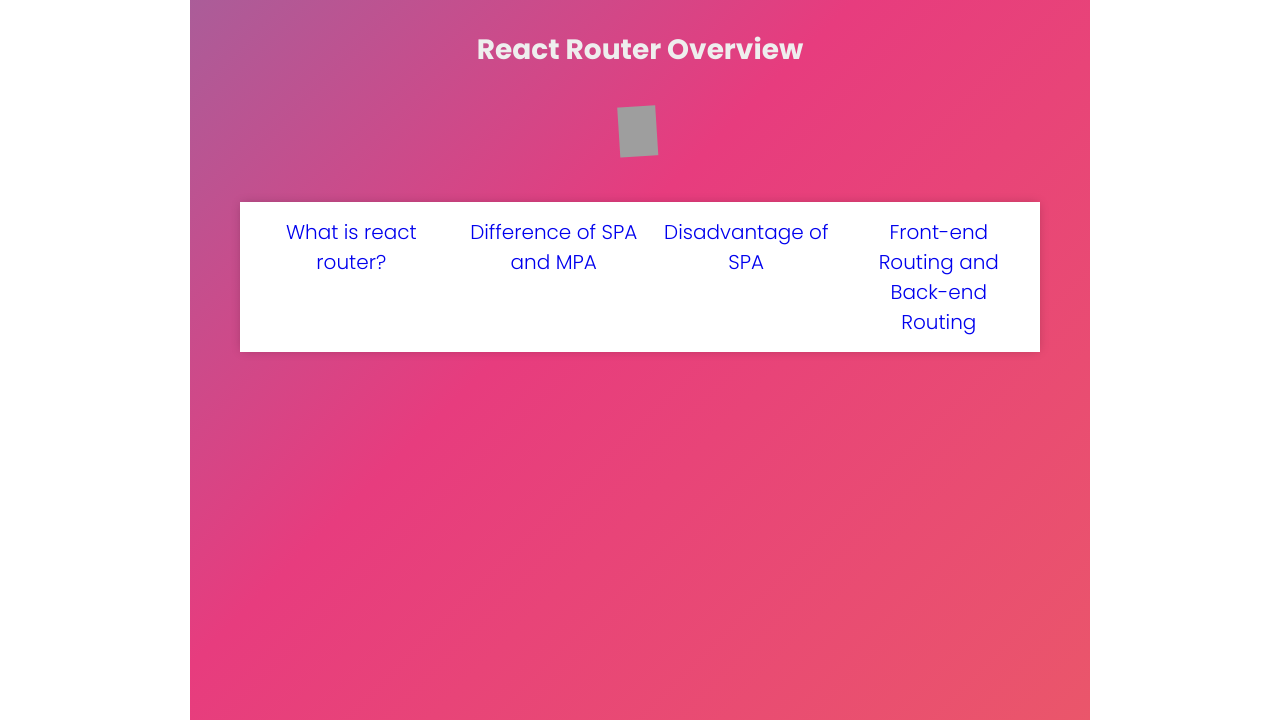
Repository: nguy3nds/2021-18-9-react
Page: /How
The author's editor kept a copy of each file at every save. The page is drawn from the files as they stood at one save, then again after the next save.
The browser window is 1280 px wide. The pictures show the whole page.
Pictures or frames that could not be fetched are drawn as grey boxes. The project was rebuilt for these pictures with package versions that can differ from the ones it lists, and the page was loaded fresh each time. Also part of the build but not shown: src/components/What.js, src/components/Why.js, src/components/How.js, src/components/Tung.js.

Above is the page before, as saved 2021-09-19 22:38:31.

### src/App.js
import React from "react";
import { BrowserRouter as Router, Switch, Route, Link } from "react-router-dom";
import "./App.css";
import What from "./components/What.js";
import How from "./components/Why";
import Why from "./components/How";
import Tung from "./components/Tung";
import styled, { keyframes } from "styled-components";
const logo =
  "https://lh6.googleusercontent.com/m9VlRb9FHZcqWTBz0msD2FZGpSQs84aAOwwniApLbL1oZWSDJsg4opq2uc81QzPWDtx5QJ2DeO12CFeol6vqJXcSOyp10LGoOW3K_wXIp3UDuQt1XhXE5KeUC8Epkj2hO51asKYe";

export default function App() {
  return (
    <Router>
      <DivContainer>
        <h1>React Router Overview</h1>
        <Rotate>
          <img
            src={logo}
            className="App-logo"
            alt="logo"
            style={{ width: "50px" }}
          />
        </Rotate>
        <nav>
          <ul className="menu">
            <li className="menu-item has-child">
              <Link to="/Nguyen">What is react router?</Link>
            </li>
            <li className="menu-item has-child">
              <Link to="/Mai">Difference of SPA and MPA</Link>
            </li>
            <li className="menu-item has-child">
              <Link to="/Nam">Disadvantage of SPA</Link>
            </li>
            <li className="menu-item has-child">
              <Link to="/Tung">Front-end Routing and Back-end Routing</Link>
            </li>
          </ul>
        </nav>

        <Switch>
          <Route path="/Nguyen">
            <What />
          </Route>
          <Route path="/Mai">
            <Why />
          </Route>
          <Route path="/Nam">
            <How />
          </Route>
          <Route path="/Tung">
            <Tung />
          </Route>
        </Switch>
      </DivContainer>
    </Router>
  );
}

const gradient = keyframes`
	0% {
		background-position: 0% 50%;
	}
	50% {
		background-position: 100% 50%;
	}
	100% {
		background-position: 0% 50%;
	}
`;

const DivContainer = styled.div`
  margin: 0 auto;
  padding: 10px;
  text-align: center;
  min-height: 100vh;
  color: #eee;
  background: linear-gradient(-45deg, #ee7752, #e73c7e, #23a6d5, #23d5ab);
  background-size: 400% 400%;
  animation: ${gradient} 15s ease infinite;
`;

const rotate360 = keyframes`
  from {
    transform: rotate(0deg);
  }

  to {
    transform: rotate(360deg);
  }
`;

const Rotate = styled.div`
  display: inline-block;
  animation: ${rotate360} 2s linear infinite;
  padding: 2rem 1rem;
  font-size: 1.2rem;
`;

### src/App.css
@import url("https://fonts.googleapis.com/css2?family=Poppins:wght@300;400;600;700&display=swap");
:root {
  --primary: #08aeea;
  --secondary: #13d2b8;
  --purple: #bd93f9;
  --pink: #ff6bcb;
  --blue: #8be9fd;
  --gray: #333;
  --font: "Poppins", sans-serif;
  --gradient: linear-gradient(40deg, #ff6ec4, #7873f5);
  --shadow: 0 0 15px 0 rgba(0, 0, 0, 0.05);
}
*,
*:before,
*:after {
  box-sizing: border-box;
}
html {
  font-size: 62.5%;
  text-align: center;
}

body {
  font-family: var(--font);
  font-size: 1.4rem;
  overflow-x: hidden;
  font-weight: 300;
  width: 900px;
  margin: 0 auto;
}

img {
  max-width: 100%;
}

a {
  text-decoration: none;
  font-family: var(--font);
  font-size: 2rem;
}

input,
button,
textarea,
select {
  font-family: var(--font);
  font-size: 1.4rem;
  font-weight: 300;
  outline: none;
  border: 0;
  margin: 0;
  padding: 0;
  border-radius: 0;
  -webkit-appearance: none;
}

button {
  cursor: pointer;
}

.menu {
  position: relative;
  max-width: 800px;
  margin: 30px auto;
  display: grid;
  grid-template-columns: 1fr 1fr 1fr 1fr;
  justify-content: center;
  background-color: white;
  padding: 1.5rem;
  box-shadow: 0 0 10px -2px rgba(0, 0, 0, 0.25);
}

.menu-link {
  font-size: 1.4rem;
  color: #918eae;
  display: block;
}
.menu-link:hover {
  color: #202842;
}

.menu-child-link {
  display: flex;
  align-items: center;
  justify-content: space-between;
  padding: 1.5rem;
  color: #918eae;
}
.menu-child-item {
  position: relative;
}
.menu-child-link:hover {
  color: #202842;
}

.menu-toggle {
  display: none;
}
.nav {
  position: relative;
}
.arrow-right {
  display: none;
}
@media screen and (min-width: 1024px) {
  .arrow-down {
    display: none;
  }
  .arrow-right {
    display: block;
  }
  .menu-item:not(:first-child) {
    margin-left: 2rem;
  }
  .menu-child {
    position: absolute;
    top: 100%;
    left: 0;
    margin-top: 1rem;
    min-width: 20rem;
    background-color: white;
    box-shadow: var(--shadow);
    display: none;
  }
  .menu-child:before {
    content: "";
    position: absolute;
    top: 0;
    left: 0;
    width: 100%;
    height: 1rem;
    background-color: transparent;
    transform: translateY(-100%);
  }
  .menu-child1 {
    top: 0;
    left: 100%;
    margin-top: 0;
  }
  .menu-item.has-child:hover > .menu-child {
    display: block;
  }
  .menu-child-item.has-child:hover > .menu-child {
    display: block;
  }
}

ul li {
  list-style: none;
}
@media screen and (max-width: 1023px) {
  .menu {
    position: absolute;
    right: 0;
    top: 100%;
    min-width: 20rem;
    background-color: white;
    box-shadow: var(--shadow);
    flex-direction: column;
    display: none;
    z-index: 100;
  }
  .menu.show,
  .menu-child.show {
    display: block;
  }
  .menu-item:not(:last-child) {
    border-bottom: 1px solid #eee;
  }
  .menu-link {
    padding: 1.5rem;
    display: flex;
    justify-content: space-between;
    align-items: center;
  }
  .menu-child {
    display: none;
    background-color: #f6f6f6;
  }
  .menu-child1 {
    background-color: #eee;
  }
  .menu-toggle {
    width: max-content;
    font-size: 2rem;
    display: block;
    margin-left: auto;
    cursor: pointer;
  }
}

Loaded but not shown: public/index.html (common file); src/index.js (common file); src/index.css (common file); src/reportWebVitals.js (common file)

After the next save:
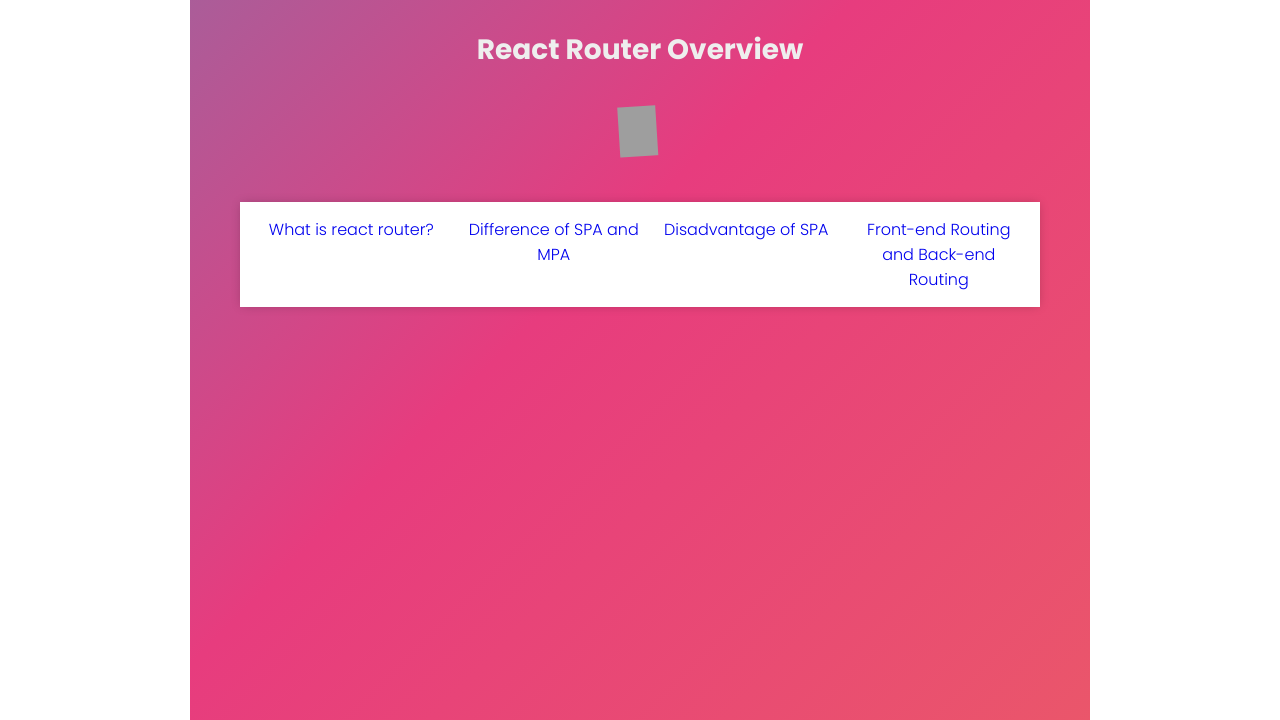
Saved 32 s later.
--- a/src/App.css
+++ b/src/App.css
@@ -36,7 +36,7 @@ img {
 a {
   text-decoration: none;
   font-family: var(--font);
-  font-size: 2rem;
+  font-size: 1.6rem;
 }
 
 input,
